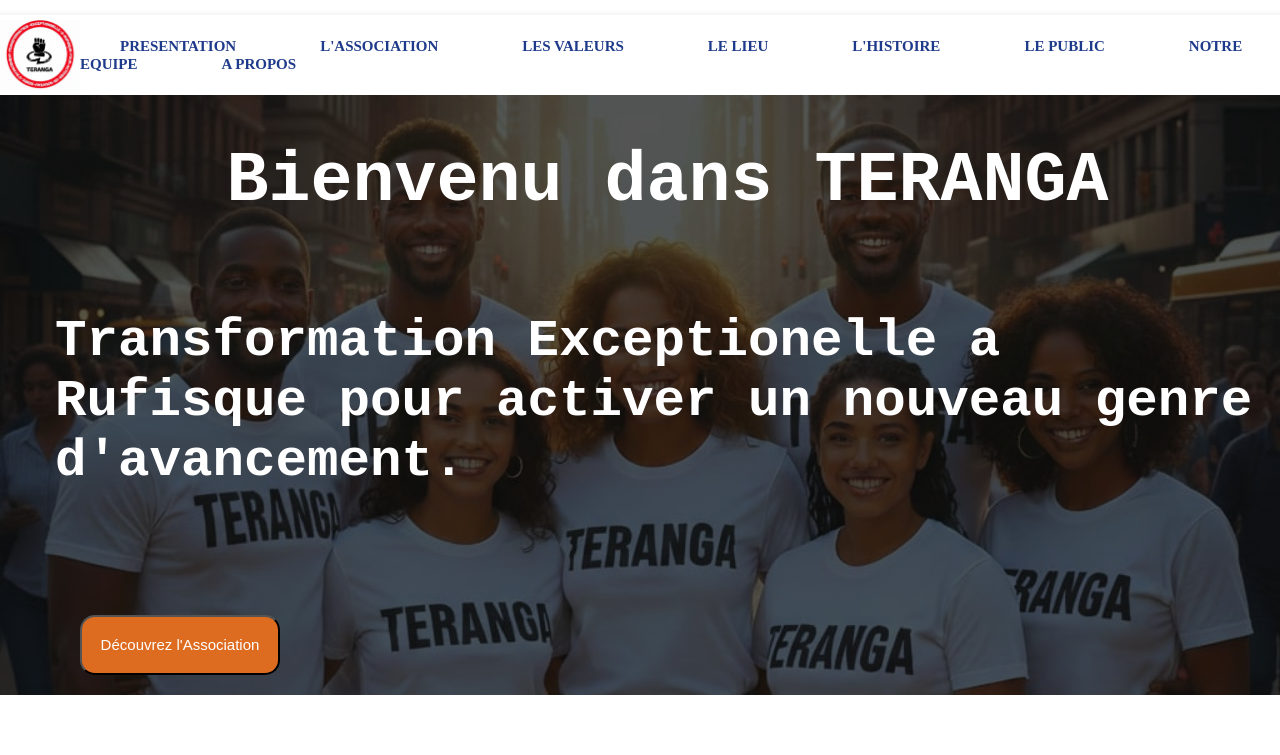
Repository: assanendao171/projet-teranga
Page: presentation.html
The author's editor kept a copy of each file at every save. The page is drawn from the files as they stood at one save, then again after the next save.
The browser window is 1280 px wide. The pictures show the whole page.

Above is the page before, as saved 2026-02-11 12:54:41.

After the next save:
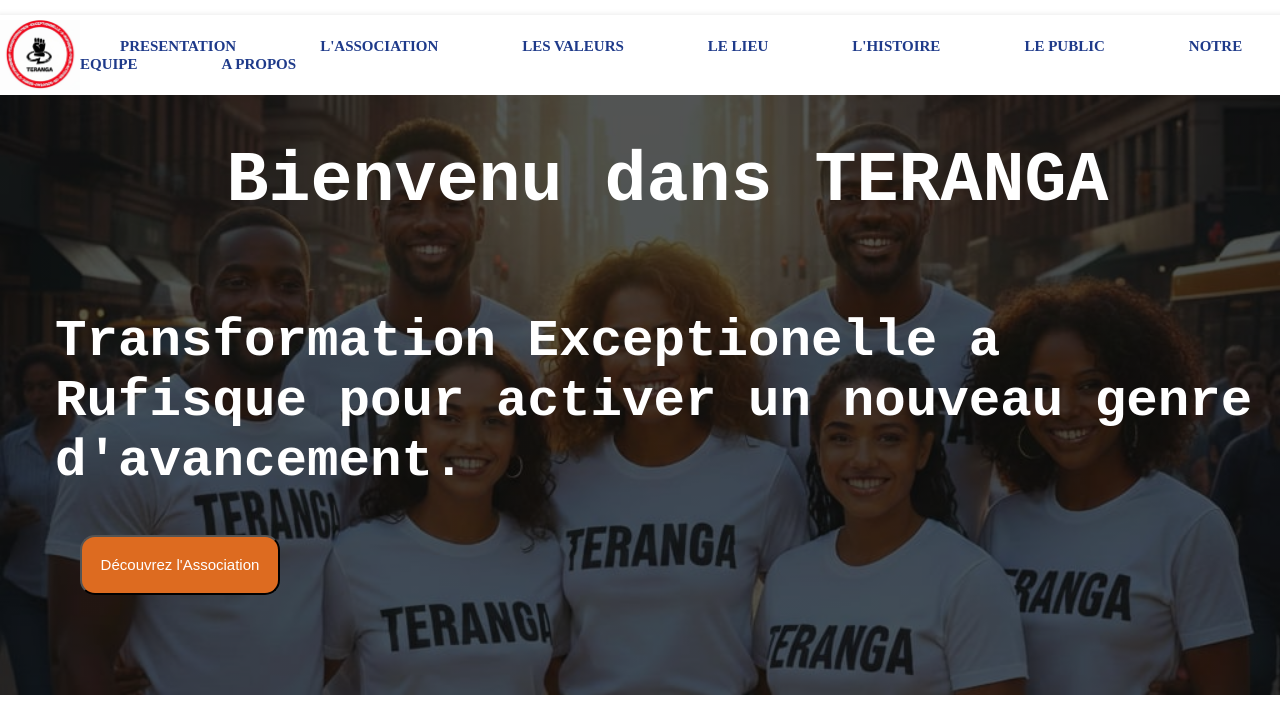
Saved 10 s later.
--- a/presentation.css
+++ b/presentation.css
@@ -51,5 +51,5 @@ border-radius: 15px;
 background-color: #DD6B20;
 color: #FFFFFF;
 font-size: 15px;
-margin: 80px;
+margin-left: 80px;
 }
